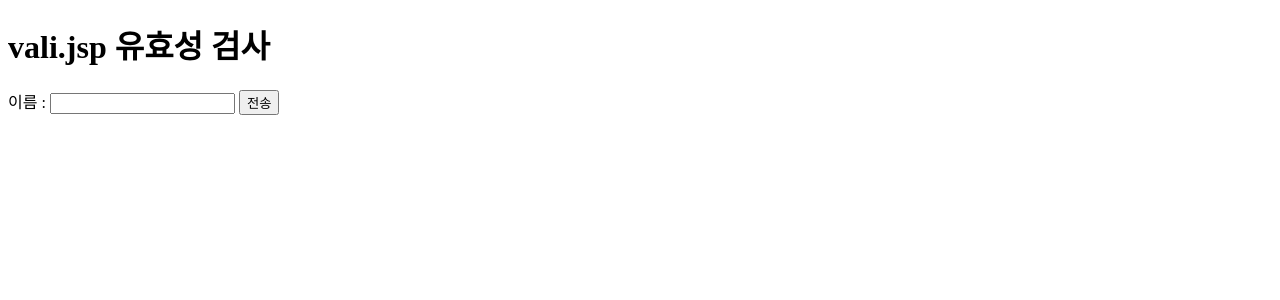
Repository: davisbyun/ai
Page: http://localhost/jspBook/ch08/vali.jsp
These files come from the project's save history. The page is drawn as it stood at one moment and after the next save; the edit follows.
The browser window is 1280 px wide. The pictures show the whole page.
The page is served by Tomcat 9. Other server files are loaded and not shown.

Above is the page before, as saved 2024-01-23 01:50:32.

### jspBook/src/main/webapp/ch08/vali.jsp
<%@ page language="java" contentType="text/html; charset=UTF-8"
    pageEncoding="UTF-8"%>
<!DOCTYPE html>
<html>
<head>
<meta charset="UTF-8">
<title>Insert title here</title>


</head>
<body>
<h1>vali.jsp 유효성 검사</h1>
  <form name="frm" action=prvali.jsp method="post">
    <p> 이름 : <input type="text" name="name">
    <input type="submit" value="전송" onclick="checkForm()">

  </form>

  <script type="text/javascript">
    function checkForm() {
      alert("이름은 " + document.frm.name.value + "입니다")
    }

  </script>
</body>
</html>

After the next save:
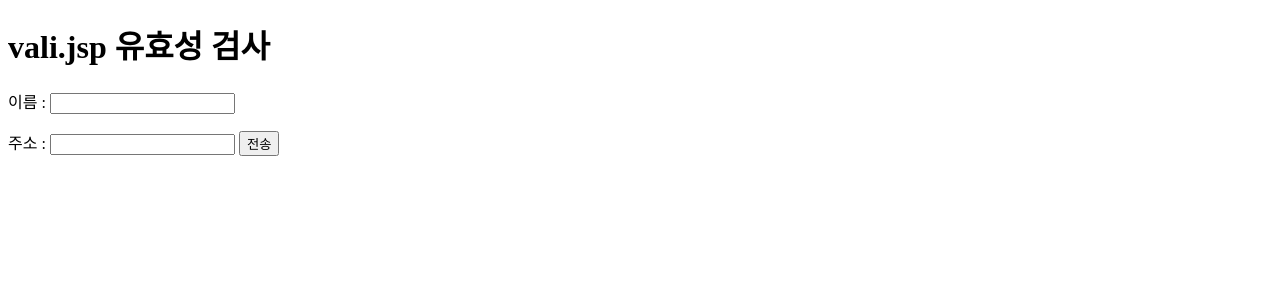
Saved 106 s later.
--- a/jspBook/src/main/webapp/ch08/vali.jsp
+++ b/jspBook/src/main/webapp/ch08/vali.jsp
@@ -12,13 +12,14 @@
 <h1>vali.jsp 유효성 검사</h1>
   <form name="frm" action=prvali.jsp method="post">
     <p> 이름 : <input type="text" name="name">
+     <p> 주소 : <input type="text" name="addr">
     <input type="submit" value="전송" onclick="checkForm()">
 
   </form>
 
   <script type="text/javascript">
     function checkForm() {
-      alert("이름은 " + document.frm.name.value + "입니다")
+      alert("이름은 " + document.frm.name.value + "입니다" + "주소는" +    +  "입니다");
     }
 
   </script>
